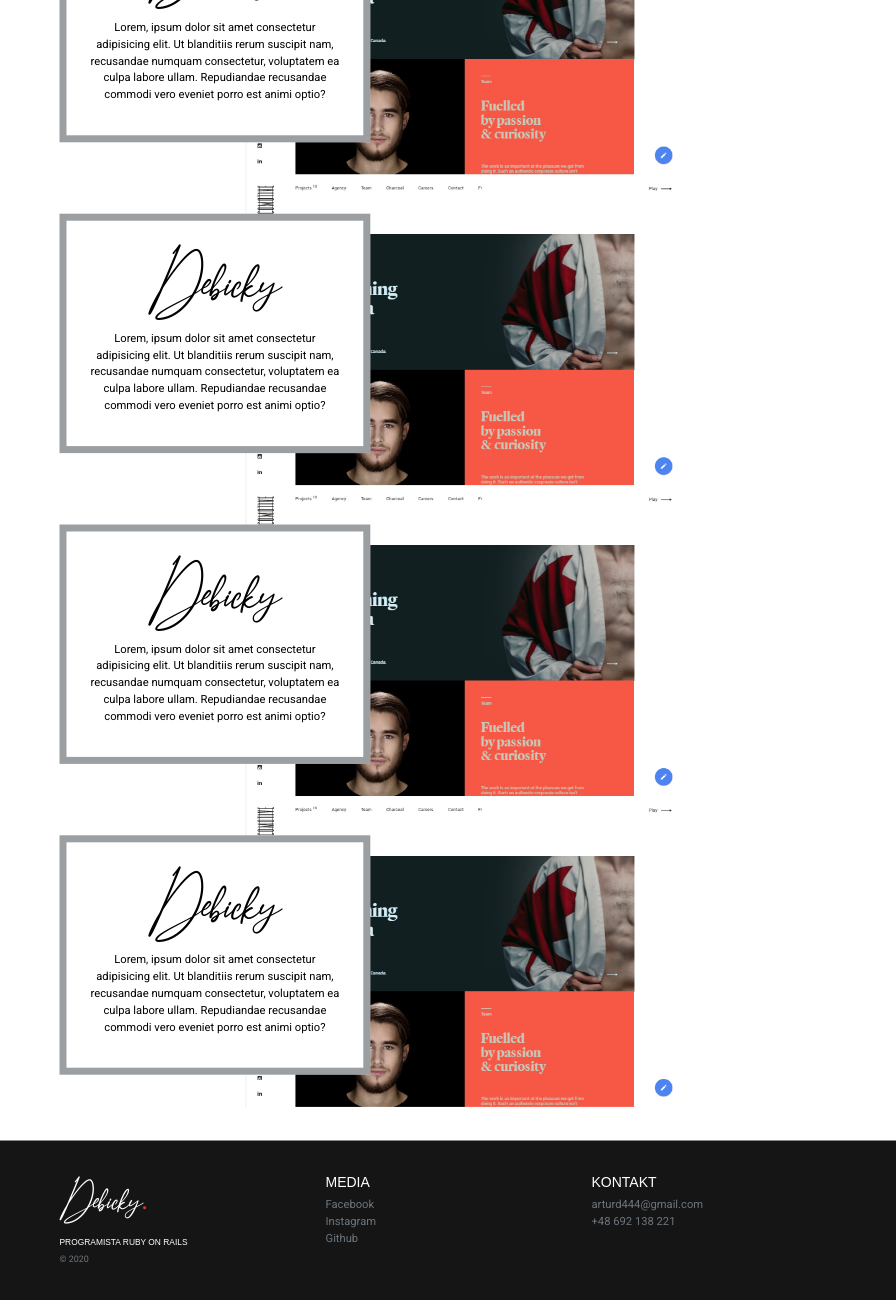
Repository: debicky/debicky.github.io
Page: index.html
The author's editor kept a copy of each file at every save. The page is drawn from the files as they stood at one save, then again after a run of saves.
The browser window is 1280 px wide. The pictures show the part of the page from y = 1105 to 3025 px (the page is 2963 px tall before and 4067 px after), at 70% of full size.
Some web fonts or font styles are not loaded; a fallback is used. Some web libraries are served in a nearby version.

Above is the page before, as saved 2020-06-10 12:26:44.

### index.html
<!DOCTYPE html>
<html lang="en">
<head>
  <meta charset="UTF-8">
  <meta name="viewport" content="width=device-width, initial-scale=1.0">
  <title>Debicky</title>
  <link rel="stylesheet" href="https://stackpath.bootstrapcdn.com/bootstrap/4.5.0/css/bootstrap.min.css" integrity="sha384-9aIt2nRpC12Uk9gS9baDl411NQApFmC26EwAOH8WgZl5MYYxFfc+NcPb1dKGj7Sk" crossorigin="anonymous">
  <link rel="stylesheet" href="https://cdnjs.cloudflare.com/ajax/libs/font-awesome/5.11.2/css/all.min.css">
  <link rel="stylesheet" href="styles.css">
</head>
<body>


  <header>
    <a href="index.html">
      <div class="signature">
        <h5 class="signature-heading">Debicky<span class="text-danger font-weight-bolder">.</span></h5>
        <h3 class="signature-subhead">Programista Ruby on Rails</h3>
      </div>
    </a>
  </header>

  <div class="container">
    <nav class="navbar navbar-expand-md p-0 rounded">
      <button class="navbar-toggler" type="button" data-toggle="collapse" data-target="#navbarSupportedContent" aria-controls="navbarSupportedContent" aria-expanded="false" aria-label="Toggle navigation">
        <i class="fas fa-bars"></i>
        <i class="fas fa-times"></i>
      </button>

      <div class="collapse navbar-collapse d-md-flex justify-content-center" id="navbarSupportedContent">
        <ul class="navbar-nav">
          <li class="nav-item active">
            <a class="nav-link" href="index.html">Dom</a>
          </li>
          <li class="nav-item">
            <a class="nav-link" href="#">O mnie</a>
          </li>
          <li class="nav-item">
            <a class="nav-link" href="#">Projekty</a>
          </li>
          <li class="nav-item">
            <a class="nav-link" href="#">Kontakt</a>
          </li>
        </ul>
      </div>
    </nav>
  </div>

  <section class="about py-5">
    <div class="container">
      <div class="about-content">
        <div class="about-description">
          <div class="signature">
            <h5 class="signature-heading">Debicky</h5>
            <p>Lorem, ipsum dolor sit amet consectetur adipisicing elit. Ut blanditiis rerum suscipit nam, recusandae numquam consectetur, voluptatem ea culpa labore ullam. Repudiandae recusandae commodi vero eveniet porro est animi optio?</p>
          </div>
        </div>
        <div class="about-image">
          <a href="/images/1.jpeg">
            <img src="/images/2.jpeg" alt="img1">
          </a>
        </div>
      </div>
    </div>
  </section>

  <hr>

  <section class="projects py-5">
    <div class="container">
      <h1 class="text-center">Projects</h1>

      <div class="project-1">
        <div class="about-content">
          <div class="about-description">
            <div class="signature">
              <h5 class="signature-heading">Debicky</h5>
              <p>Lorem, ipsum dolor sit amet consectetur adipisicing elit. Ut blanditiis rerum suscipit nam, recusandae numquam consectetur, voluptatem ea culpa labore ullam. Repudiandae recusandae commodi vero eveniet porro est animi optio?</p>
            </div>
          </div>
          <div class="about-image">
            <a href="/images/1.jpeg">
              <img src="/images/2.jpeg" alt="img1">
            </a>
          </div>
        </div>
      </div>
      <div class="project-1">
        <div class="about-content">
          <div class="about-description">
            <div class="signature">
              <h5 class="signature-heading">Debicky</h5>
              <p>Lorem, ipsum dolor sit amet consectetur adipisicing elit. Ut blanditiis rerum suscipit nam, recusandae numquam consectetur, voluptatem ea culpa labore ullam. Repudiandae recusandae commodi vero eveniet porro est animi optio?</p>
            </div>
          </div>
          <div class="about-image">
            <a href="/images/1.jpeg">
              <img src="/images/2.jpeg" alt="img1">
            </a>
          </div>
        </div>
      </div>
      <div class="project-1">
        <div class="about-content">
          <div class="about-description">
            <div class="signature">
              <h5 class="signature-heading">Debicky</h5>
              <p>Lorem, ipsum dolor sit amet consectetur adipisicing elit. Ut blanditiis rerum suscipit nam, recusandae numquam consectetur, voluptatem ea culpa labore ullam. Repudiandae recusandae commodi vero eveniet porro est animi optio?</p>
            </div>
          </div>
          <div class="about-image">
            <a href="/images/1.jpeg">
              <img src="/images/2.jpeg" alt="img1">
            </a>
          </div>
        </div>
      </div>
      <div class="project-1">
        <div class="about-content">
          <div class="about-description">
            <div class="signature">
              <h5 class="signature-heading">Debicky</h5>
              <p>Lorem, ipsum dolor sit amet consectetur adipisicing elit. Ut blanditiis rerum suscipit nam, recusandae numquam consectetur, voluptatem ea culpa labore ullam. Repudiandae recusandae commodi vero eveniet porro est animi optio?</p>
            </div>
          </div>
          <div class="about-image">
            <a href="/images/1.jpeg">
              <img src="/images/2.jpeg" alt="img1">
            </a>
          </div>
        </div>
      </div>

    </div>
  </section>


  <footer class="py-5">
    <div class="container">
      <div class="row">
        <div class="col-12 col-md-5 col-lg-4 mb-5 mb-md-0">
          <a href="index.html">
            <div class="signature-footer">
              <h5 class="signature-footer-heading">Debicky<span class="text-danger font-weight-bolder">.</span></h5>
              <h3 class="signature-footer-subhead">Programista Ruby on Rails</h3>
            </div>
          </a>
          <small class="d-block mt-2 text-muted">&copy; 2020</small>
        </div>
        <div class="col-12 col-md-5 col-lg-4 mb-5 mb-md-0">
          <h5 class="text-uppercase">Media</h5>
          <ul class="list-unstyled mb-0">
            <li>
              <a href="https://www.facebook.com/artur.debicki.5" class="text-muted">Facebook</a>
            </li>
            <li>
              <a href="https://www.instagram.com/debicky" class="text-muted">Instagram</a>
            </li>
            <li>
              <a href="https://github.com/debicky" class="text-muted">Github</a>
            </li>
          </ul>
        </div>
        <div class="col-12 col-md-5 col-lg-4">
          <h5 class="text-uppercase">Kontakt</h5>
              <ul class="list-unstyled text-small mb-0">
                <li>
                  <a href="mailto:arturd444@gmail.com" class="text-muted">arturd444@gmail.com</a>
                </li>
                <li>
                  <p class="text-muted">+48 692 138 221</p>
                </li>
              </ul>
        </div>
      </div>
    </div>
  </footer>



  <script src="https://code.jquery.com/jquery-3.5.1.slim.min.js" integrity="sha384-DfXdz2htPH0lsSSs5nCTpuj/zy4C+OGpamoFVy38MVBnE+IbbVYUew+OrCXaRkfj" crossorigin="anonymous"></script>
  <script src="https://cdn.jsdelivr.net/npm/popper.js@1.16.0/dist/umd/popper.min.js" integrity="sha384-Q6E9RHvbIyZFJoft+2mJbHaEWldlvI9IOYy5n3zV9zzTtmI3UksdQRVvoxMfooAo" crossorigin="anonymous"></script>
  <script src="https://stackpath.bootstrapcdn.com/bootstrap/4.5.0/js/bootstrap.min.js" integrity="sha384-OgVRvuATP1z7JjHLkuOU7Xw704+h835Lr+6QL9UvYjZE3Ipu6Tp75j7Bh/kR0JKI" crossorigin="anonymous"></script>
  <script src="script.js"></script>

</body>
</html>

### styles.css
@import url('https://fonts.googleapis.com/css?family=Playfair+Display+SC|Roboto:300,400&display=swap');

@font-face {
  font-family: "AmostelySignature";
  src: url("/fonts/AmostelySignature.ttf");
  }

body, html {
  font-family: "Roboto", sans-serif;
}

a:hover {
  text-decoration: none;;
}

/* Heading & nav  */

header{
  height: 200px;
  width: 100%;
  display: flex;
  align-items: center;
  justify-content: center;
}

.signature{
  color: black;
  text-align: center;
  user-select: none;
}


.signature-heading{
  font-family: 'AmostelySignature', cursive;
  font-size: 80px;
  margin-bottom: 30px;
}

.signature-subhead{
  font-family: 'Playfair Display SC', sans-serif;
  font-size: 12px;
  text-transform: uppercase;
  margin-bottom: 0;
}

.navbar{
  background-color: #384147;
}

.navbar-toggler i{
  color: #fff;
  font-size: 25px;
}

.navbar-toggler .fa-times{
  display: none;
}

.navbar-toggler.menu-open  .fa-bars{
  display: none;
}

.navbar-toggler.menu-open  .fa-times{
  display: block;
}

.navbar-nav{
  padding: 20px;
}

.nav-link{
  color: #fff;
  text-transform: uppercase;
  transition: opacity .5s;
  font-size: 12px;
}

.nav-link:hover{
  color: maroon;
}

/* About */

.about-content{
  display: flex;
  flex-direction: column;
}

.about-description{
  width: 100%;
  background-color: #fff;
  padding: 40px;
  outline: 5px solid rgba(56, 65, 71, 0.5);
  outline-offset: -5px;
  order: 2;
  margin-top: 5px;
}

.about-image{
  order: 1;
}

.about-image img{
  width: 100%;
  height: auto;
  display: block;
}

.about-image a::after{
  font-family: 'Font Awesome 5 Free';
  content: "\f35d";
  font-weight: 600;
  position: absolute;
  top: 50%;
  left: 50%;
  transform: translate(-50%, -50%);
  color: maroon;
  font-size: 25px;
  z-index: 101;
  width: 70px;
  height: 70px;
  border: 3px solid #fff;
  border-radius: 100%;
  display: flex;
  align-items: center;
  justify-content: center;
  opacity: 0;
  transition: opacity .5s;
}

.about-image a:hover::after{
  opacity: .7;
}


/* Footer */


footer {
  background-color: #151515;
}

.signature-footer-heading{
  font-family: 'AmostelySignature', cursive;
  font-size: 50px;
  margin-bottom: 30px;
}

.signature-footer-subhead{
  font-family: 'Playfair Display SC', sans-serif;
  font-size: 12px;
  text-transform: uppercase;
}

footer h5, footer h3{
  color: #fff;
  font-family: 'Playfair Display SC', sans-serif;
}

a.text-muted:hover{
  color: maroon !important;
}

@media screen and (min-width: 768px) {
  .navbar{
    background-color: transparent;
  }
  .navbar-nav{
    padding: 0;
  }
  .nav-link{
    color: #384147;
  }

  nav:hover .nav-link:not(:hover){
    opacity: .5;
  }

  .about-content{
    position: relative;
    display: block;
  }

  .about-description{
    position: absolute;
    top: 80%;
    transform: translateY(-50%);
    width: 60%;
    outline-offset: -10px;
  }

  .about-image img{
    width: 70%;
    margin-left: auto;
  }
}

@media screen and (min-width: 1200px) {
  .about-description{
    top: 50%;
    width: 40%;
    outline: 10px solid rgba(56, 65, 71, 0.5);
    offset: -20px;
  }

  .about-image{
    width: 80%;
  }
}



.projects{

}

### script.js
$('.navbar-toggler').on('click', function () {
  $(this).toggleClass('menu-open')
})

After the next 3 saves:
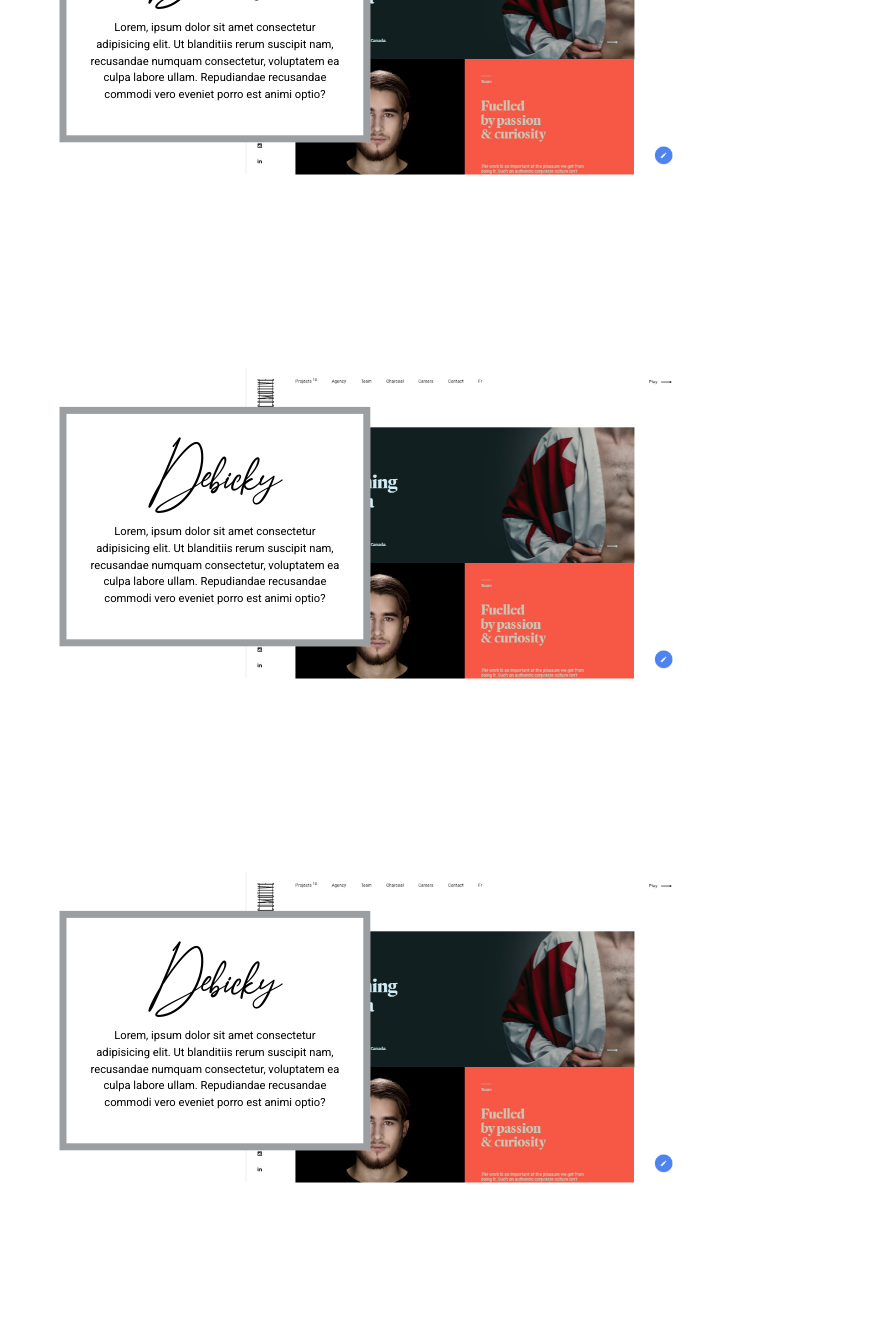
The 3 saves are shown as one change because they came seconds apart.
The last was saved 18 s later.
--- a/styles.css
+++ b/styles.css
@@ -210,6 +210,6 @@
 
 
 
-.projects{
-
-}
+.project-1{
+  height: 100vh;
+}

After the 2 saves that followed:
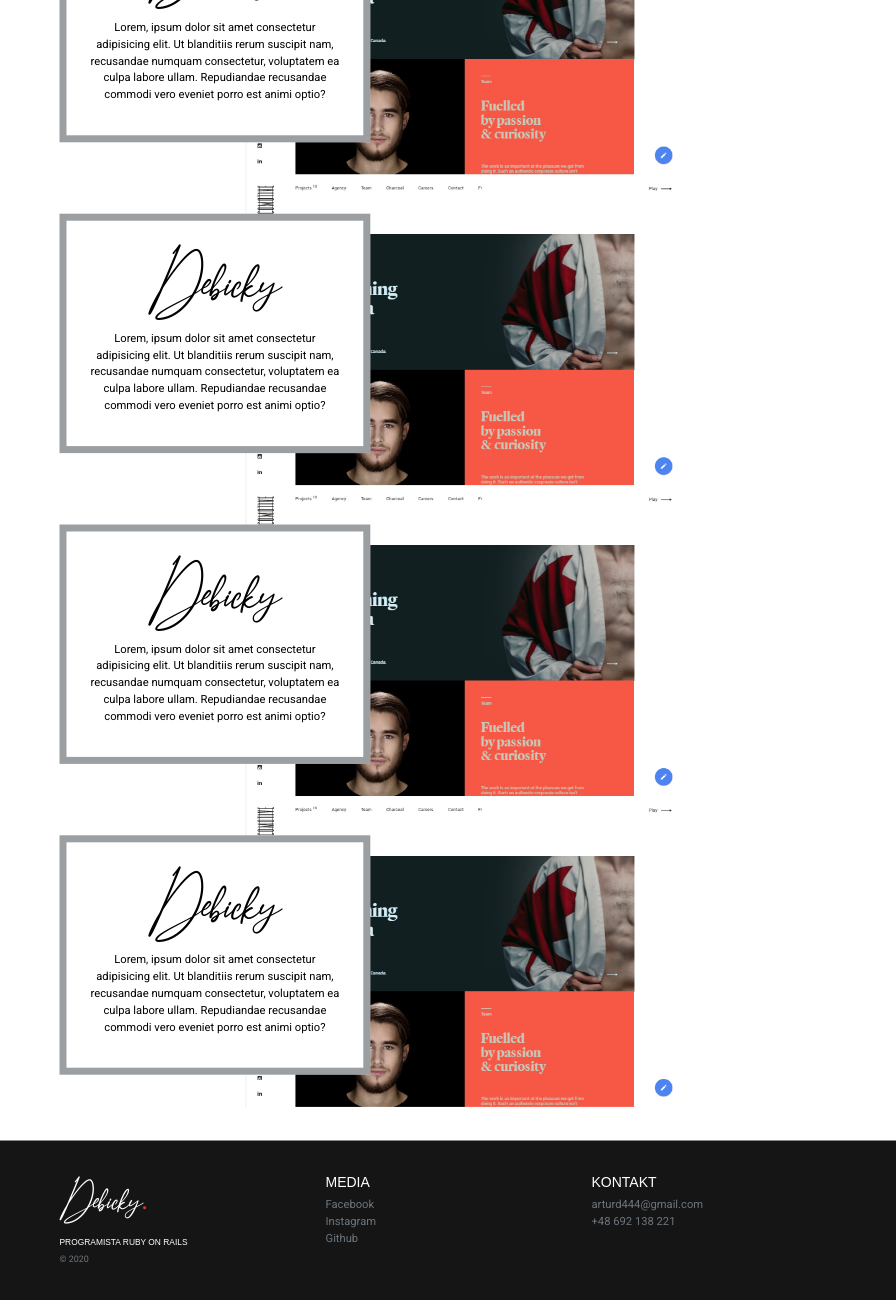
The 2 saves are shown as one change because 1 left the picture as it was.
The last was saved 36 s later.
--- a/styles.css
+++ b/styles.css
@@ -207,9 +207,3 @@
     width: 80%;
   }
 }
-
-
-
-.project-1{
-  height: 100vh;
-}
